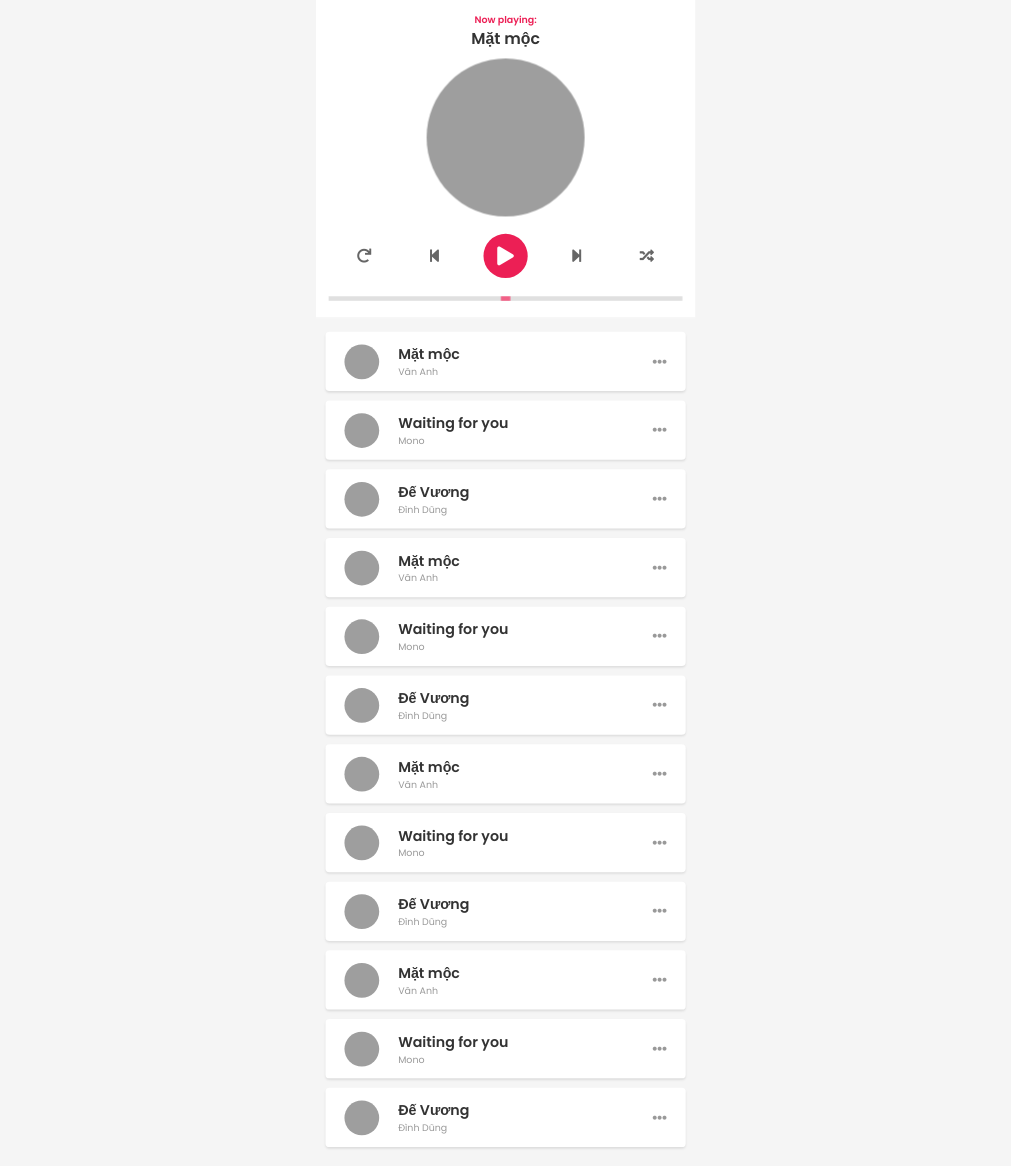
Repository: Tbs-Giang-Luong/app_music_ver1
Page: index.html
These files come from the project's save history. The page is drawn as it stood at one moment and after the next save; the edit follows.
The browser window is 1280 px wide. The pictures show the whole page, at 79% of full size.
Pictures or frames that could not be fetched are drawn as grey boxes.

Above is the page before, as saved 2022-10-20 21:58:09.

### index.html
<!DOCTYPE html>
<html lang="en">
  <head>
    <meta charset="UTF-8" />
    <meta http-equiv="X-UA-Compatible" content="IE=edge" />
    <meta name="viewport" content="width=device-width, initial-scale=1.0" />
    <title>Document</title>
    <link rel="stylesheet" href="./asset/css/main.css" />
  </head>
  <body>
    <meta name="viewport" content="width=device-width, initial-scale=1.0" />
    <title>Music player</title>
    <link
      rel="stylesheet"
      href="https://cdnjs.cloudflare.com/ajax/libs/font-awesome/5.15.2/css/all.min.css"
      integrity="sha512-HK5fgLBL+xu6dm/Ii3z4xhlSUyZgTT9tuc/hSrtw6uzJOvgRr2a9jyxxT1ely+B+xFAmJKVSTbpM/CuL7qxO8w=="
      crossorigin="anonymous"
    />
    <link rel="preconnect" href="https://fonts.gstatic.com" />
    <link
      href="https://fonts.googleapis.com/css2?family=Poppins:wght@300;400;600&display=swap"
      rel="stylesheet"
    />

    <div class="player">
      <!-- Dashboard -->
      <div class="dashboard">
        <!-- Header -->
        <header>
          <h4>Now playing:</h4>
          <h2>String 57th & 9th</h2>
        </header>

        <!-- CD -->
        <div class="cd">
          <div
            class="cd-thumb"
            style="
              background-image: url('https://i.ytimg.com/vi/jTLhQf5KJSc/maxresdefault.jpg');
            "
          ></div>
        </div>

        <!-- Control -->
        <div class="control">
          <div class="btn btn-repeat">
            <i class="fas fa-redo"></i>
          </div>
          <div class="btn btn-prev">
            <i class="fas fa-step-backward"></i>
          </div>
          <div class="btn btn-toggle-play ">
            <i class="fas fa-pause icon-pause"></i>
            <i class="fas fa-play icon-play"></i>
          </div>
          <div class="btn btn-next">
            <i class="fas fa-step-forward"></i>
          </div>
          <div class="btn btn-random">
            <i class="fas fa-random"></i>
          </div>
        </div>

        <input
          id="progress"
          class="progress"
          type="range"
          value="0"
          step="1"
          min="0"
          max="100"
        />

        <audio id="audio" src=""></audio>
      </div>

      <!-- Playlist -->
      <div class="playlist">

      </div>
    </div>

    <!-- Design from: https://static.collectui.com/shots/3671744/musicloud-revolutionary-app-for-music-streaming-large -->
    <script src="main.js"></script>
  </body>
</html>

### asset/css/main.css
:root {
  --primary-color: #ec1f55;
  --text-color: #333;
}

* {
  padding: 0;
  margin: 0;
  box-sizing: inherit;
}

body {
  background-color: #f5f5f5;
}

html {
  box-sizing: border-box;
  font-family: "Poppins", sans-serif;
}

.player {
  position: relative;
  max-width: 480px;
  margin: 0 auto;
}

.player .icon-pause {
  display: none;
}

.player.playing .icon-pause {
  display: inline-block;
}

.player.playing .icon-play {
  display: none;
}

.dashboard {
  padding: 16px 16px 14px;
  background-color: #fff;
  position: fixed;
  top: 0;
  width: 100%;
  max-width: 480px;
  border-bottom: 1px solid #ebebeb;
}

/* HEADER */
header {
  text-align: center;
  margin-bottom: 10px;
}

header h4 {
  color: var(--primary-color);
  font-size: 12px;
}

header h2 {
  color: var(--text-color);
  font-size: 20px;
}

/* CD */
.cd {
  display: flex;
  margin: auto;
  width: 200px;
}

.cd-thumb {
  width: 100%;
  padding-top: 100%;
  border-radius: 50%;
  background-color: #333;
  background-size: cover;
  margin: auto;
}

/* CONTROL */
.control {
  display: flex;
  align-items: center;
  justify-content: space-around;
  padding: 18px 0 8px 0;
}

.control .btn {
  color: #666;
  padding: 18px;
  font-size: 18px;
}

.control .btn.active {
  color: var(--primary-color);
}

.control .btn-toggle-play {
  width: 56px;
  height: 56px;
  border-radius: 50%;
  font-size: 24px;
  color: #fff;
  display: flex;
  align-items: center;
  justify-content: center;
  background-color: var(--primary-color);
}

.progress {
  width: 100%;
  -webkit-appearance: none;
  height: 6px;
  background: #d3d3d3;
  outline: none;
  opacity: 0.7;
  -webkit-transition: 0.2s;
  transition: opacity 0.2s;
}

.progress::-webkit-slider-thumb {
  -webkit-appearance: none;
  appearance: none;
  width: 12px;
  height: 6px;
  background-color: var(--primary-color);
  cursor: pointer;
}

/* PLAYLIST */
.playlist {
  margin-top: 408px;
  padding: 12px;
}

.song {
  display: flex;
  align-items: center;
  margin-bottom: 12px;
  background-color: #fff;
  padding: 8px 16px;
  border-radius: 5px;
  box-shadow: 0 2px 3px rgba(0, 0, 0, 0.1);
}

.song.active {
  background-color: var(--primary-color);
}

.song:active {
  opacity: 0.8;
}

.song.active .option,
.song.active .author,
.song.active .title {
  color: #fff;
}

.song .thumb {
  width: 44px;
  height: 44px;
  border-radius: 50%;
  background-size: cover;
  margin: 0 8px;
}

.song .body {
  flex: 1;
  padding: 0 16px;
}

.song .title {
  font-size: 18px;
  color: var(--text-color);
}

.song .author {
  font-size: 12px;
  color: #999;
}

.song .option {
  padding: 16px 8px;
  color: #999;
  font-size: 18px;
}

### main.js
// App music

const $ = document.querySelector.bind(document);
const $$ = document.querySelectorAll.bind(document);

const player = $(".player");
const playlist = $(".playlist");
const cd = $(".cd");
const heading = $("header h2");
const cdThumb = $(".cd-thumb");
const audio = $("#audio");
const playBtn = $(".btn-toggle-play");
const progress = $("#progress");
const nextBtn = $(".btn-next");
const prevBtn = $(".btn-prev");
const randomBtn = $(".btn-random");

const app = {
  isPlaying: false,
  currentIndex: 0,
  isRandom: false,
  songs: [
    {
      name: "Mặt mộc",
      singer: "Vân Anh",
      path: "./asset/music/WaitingForYou-MONOOnionn-7733882.mp3",
      image: "./asset/img/Mat moc.png",
    },
    {
      name: "Waiting for you",
      singer: "Mono",
      path: "./asset/music/WaitingForYou-MONOOnionn-7733882.mp3",
      image: "./asset/img/wating for you.jpg",
    },
    {
      name: "Đế Vương",
      singer: "Đình Dũng",
      path: "./asset/music/DeVuong-DinhDungACV-7121634.mp3",
      image: "./asset/img/De vuong.jpg",
    },
    {
      name: "Mặt mộc",
      singer: "Vân Anh",
      path: "./asset/music/Mat-Moc-Phạm-Nguyen-Ngọc-x-VAnh-x-An-Nhi.mp3",
      image: "./asset/img/Mat moc.png",
    },
    {
      name: "Waiting for you",
      singer: "Mono",
      path: "./asset/music/WaitingForYou-MONOOnionn-7733882.mp3",
      image: "./asset/img/wating for you.jpg",
    },
    {
      name: "Đế Vương",
      singer: "Đình Dũng",
      path: "./asset/music/DeVuong-DinhDungACV-7121634.mp3",
      image: "./asset/img/De vuong.jpg",
    },
    {
      name: "Mặt mộc",
      singer: "Vân Anh",
      path: "./asset/music/Mat-Moc-Phạm-Nguyen-Ngọc-x-VAnh-x-An-Nhi.mp3",
      image: "./asset/img/Mat moc.png",
    },
    {
      name: "Waiting for you",
      singer: "Mono",
      path: "./asset/music/WaitingForYou-MONOOnionn-7733882.mp3",
      image: "./asset/img/wating for you.jpg",
    },
    {
      name: "Đế Vương",
      singer: "Đình Dũng",
      path: "./asset/music/DeVuong-DinhDungACV-7121634.mp3",
      image: "./asset/img/De vuong.jpg",
    },
    {
      name: "Mặt mộc",
      singer: "Vân Anh",
      path: "./asset/music/Mat-Moc-Phạm-Nguyen-Ngọc-x-VAnh-x-An-Nhi.mp3",
      image: "./asset/img/Mat moc.png",
    },
    {
      name: "Waiting for you",
      singer: "Mono",
      path: "./asset/music/WaitingForYou-MONOOnionn-7733882.mp3",
      image: "./asset/img/wating for you.jpg",
    },
    {
      name: "Đế Vương",
      singer: "Đình Dũng",
      path: "./asset/music/DeVuong-DinhDungACV-7121634.mp3",
      image: "./asset/img/De vuong.jpg",
    },
  ],

  render: function () {
    const htmls = this.songs.map((song) => {
      return `
      <div class="song">
      <div class="thumb" style="background-image: url('${song.image}')">
      </div>
      <div class="body">
      <h3 class="title">${song.name}</h3>
      <p class="author">${song.singer}</p>
      </div>
          <div class="option">
          <i class="fas fa-ellipsis-h"></i>
          </div>
          </div>
          `;
    });
    playlist.innerHTML = htmls.join("");
  },

  // Xử lý các sự kiện
  handleEvent: function () {
    const _this = this;
    const cdWidth = cd.offsetWidth;
    document.onscroll = function () {
      const scrollTop = window.scrollY || document.documentElement.scrollTop;
      const newCdWidth = cdWidth - scrollTop;
      cd.style.width = newCdWidth > 0 ? newCdWidth + "px" : 0;
      cd.style.opacity = newCdWidth / cdWidth;
    };

    // Xử lí cd khi quay

    const cdThumbAnimate = cdThumb.animate([{ transform: "rotate(360deg)" }], {
      duration: 10000,
      iteration: Infinity,
    });

    cdThumbAnimate.pause();

    // Xử lý khi ấn vào nút play
    playBtn.onclick = function () {
      if (_this.isPlaying) {
        audio.pause();
      } else {
        audio.play();
      }
    };
    // next bai hat
    nextBtn.onclick = function () {
      _this.nextSong();
      audio.play();
    };

    // lui bai hat
    prevBtn.onclick = function () {
      _this.prevSong();
      audio.play();
    };


    // random bai hat
    randomBtn.onclick = function(){
      _this.isRandom = !_this.isRandom;
      randomBtn.classList.toggle('active', _this.isRandom);
    }

    // Khi bài hát được play
    audio.onplay = function () {
      _this.isPlaying = true;
      player.classList.add("playing");
      cdThumbAnimate.play();
    };

    // Khi bài hát bị pause
    audio.onpause = function () {
      _this.isPlaying = false;
      player.classList.remove("playing");
      cdThumbAnimate.pause();
    };

    // Khi tua bài hát và tiến độ bài hát thay đổi

    audio.ontimeupdate = function () {
      const progressPresent = (audio.currentTime / audio.duration) * 100;
      progress.value = progressPresent;
    };

    // Xử lí khi tua bài hát
    progress.onchange = function (e) {
      const seekTime = (audio.duration * 100) / e.target.value;
      audio.currentTime = seekTime;
    };
  },
  defineProperties: function () {
    Object.defineProperty(this, "currentSong", {
      get: function () {
        return this.songs[this.currentIndex];
      },
    });
  },

  loadCurrentSong: function () {
    heading.textContent = this.currentSong.name;
    cdThumb.style.background = `url('${this.currentSong.image}')`;
    audio.src = this.currentSong.path;
  },



  nextSong: function () {
    this.currentIndex++;
    if (this.currentIndex >= this.songs.length) {
      this.currentIndex = 0;
    }
    this.loadCurrentSong();
  },

  prevSong: function () {
    this.currentIndex--;
    if (this.currentIndex < 0 ) {
      this.currentIndex = this.songs.length -1;
    }
    this.loadCurrentSong();
  },


  start: function () {
    // Định nghĩa các thuộc tính
    this.defineProperties();
    // Xử lý các sự kiện
    this.handleEvent();
    // Tải bài hát
    this.loadCurrentSong();
    // render ra giao diện UI
    this.render();
  },
};

app.start();

After the next save:
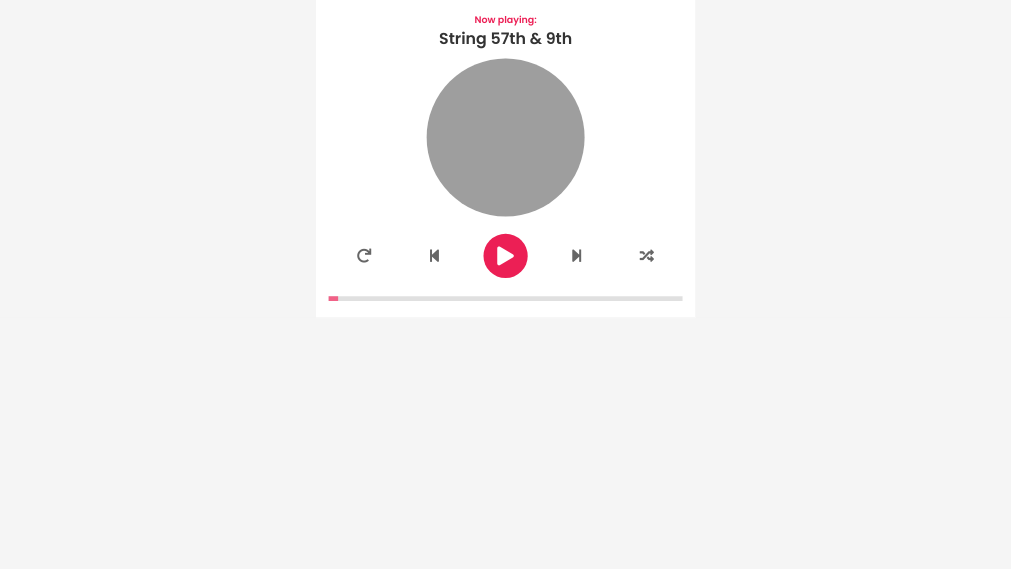
Console error: SyntaxError: Unexpected identifier 'start'
Saved 26 min 46 s later.
--- a/main.js
+++ b/main.js
@@ -219,6 +219,14 @@
     this.loadCurrentSong();
   },
 
+  playRandomSong: function () {
+    let newIndex
+    do{
+      newIndex = Math.floor(Math.random() * this.songs.length)
+    }while(newIdex ===  this.currentIndex)
+    console.log(newIndex)
+  }
+
 
   start: function () {
     // Định nghĩa các thuộc tính

After the save that followed:
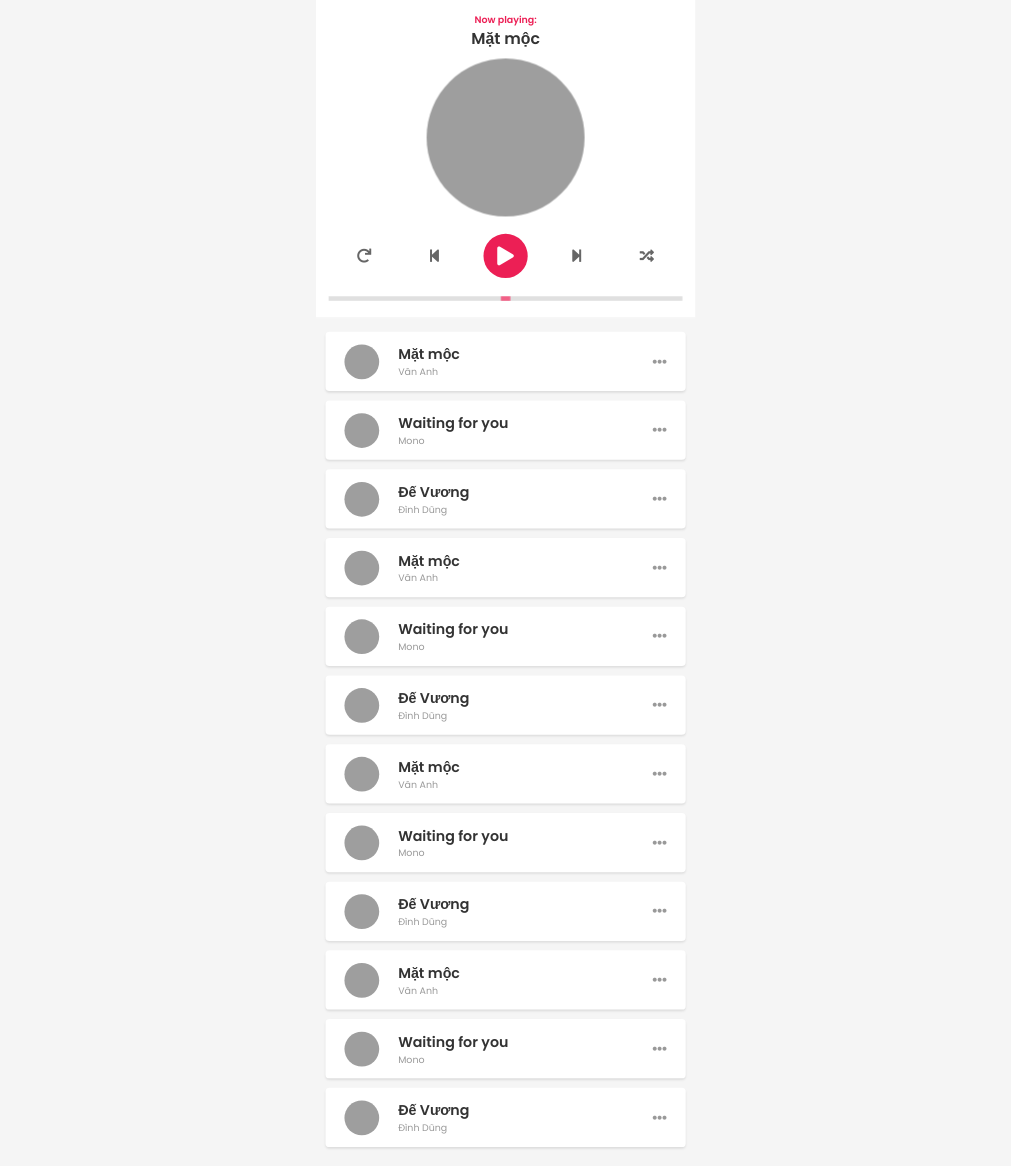
The error is gone.
Saved 11 s later.
--- a/main.js
+++ b/main.js
@@ -225,7 +225,7 @@
       newIndex = Math.floor(Math.random() * this.songs.length)
     }while(newIdex ===  this.currentIndex)
     console.log(newIndex)
-  }
+  },
 
 
   start: function () {
